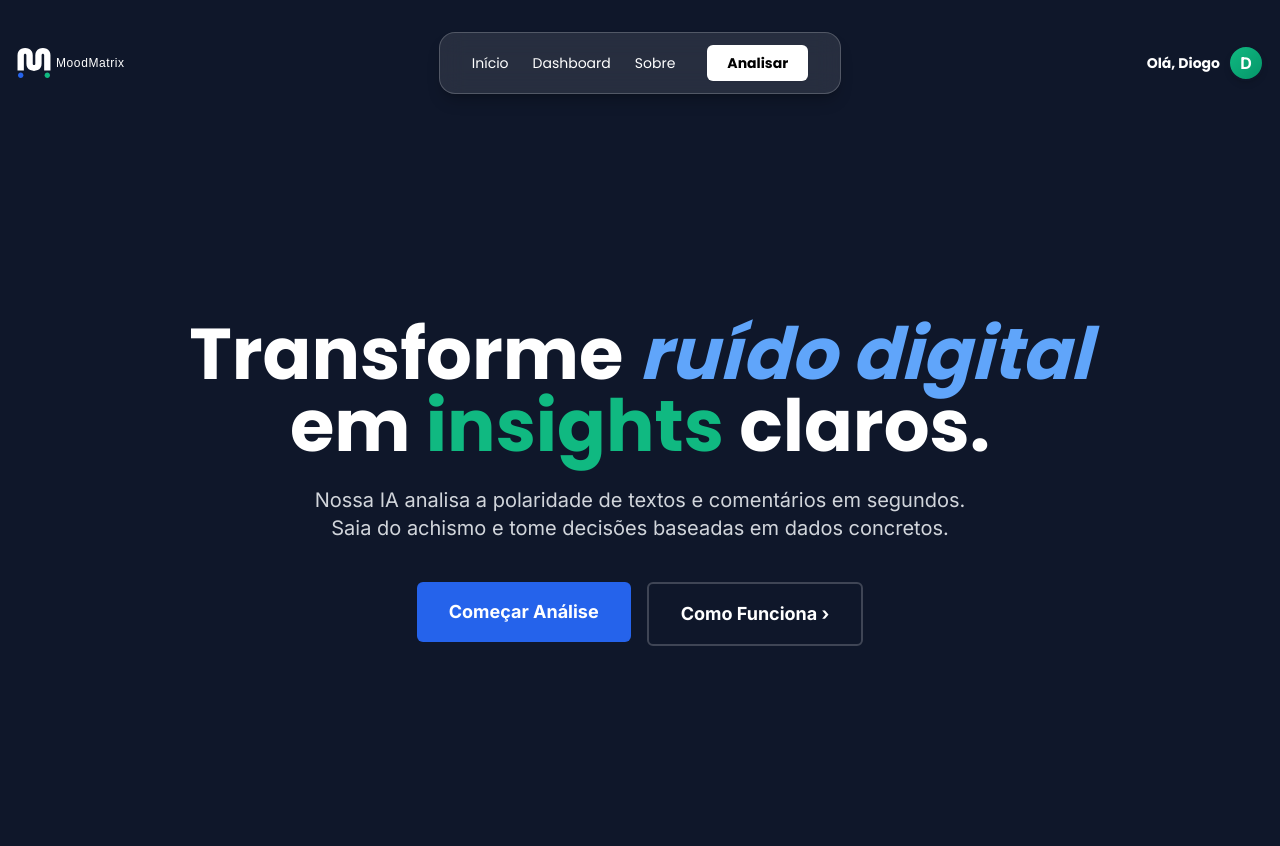
Repository: Hackaton-ONE/hackathon-Frontend
Page: /
An editor plug-in stored every save of this project. The page is shown before and after the next save, followed by the edit.
The browser window is 1280 px wide. The pictures show the whole page.
Some web fonts or font styles are not loaded; a fallback is used. The project was rebuilt for these pictures with package versions that can differ from the ones it lists, and the page was loaded fresh each time. The framework's server and built-in components were replaced by stand-ins that run in the browser. Also part of the build but not shown: next.config.ts.

Above is the page before, as saved 2026-01-02 10:05:07.

After the next save:
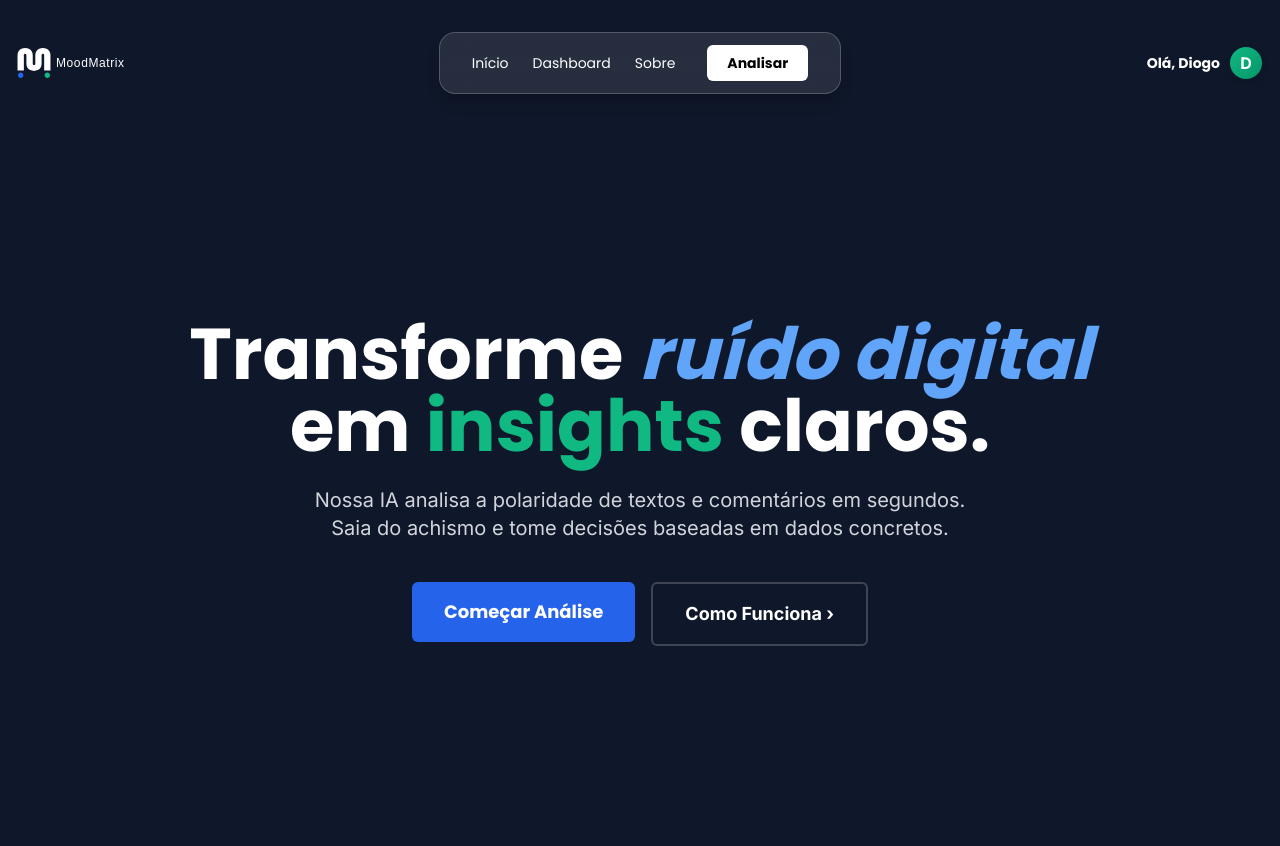
Saved 5 s later.
--- a/components/HeroSection.tsx
+++ b/components/HeroSection.tsx
@@ -36,7 +36,7 @@ export function HeroSection() {
         {/* BOTÕES DE AÇÃO (CTA) */}
         <div className="flex flex-col sm:flex-row gap-4 w-full sm:w-auto">
           <Link href="/analisar">
-            <Button variant="primary" className="w-full sm:w-auto text-lg px-8 py-4 bg-blue-default text">
+            <Button variant="primary" className="w-full sm:w-auto text-lg px-8 py-4 bg-blue-default font-poppins">
               Começar Análise
             </Button>
           </Link>
